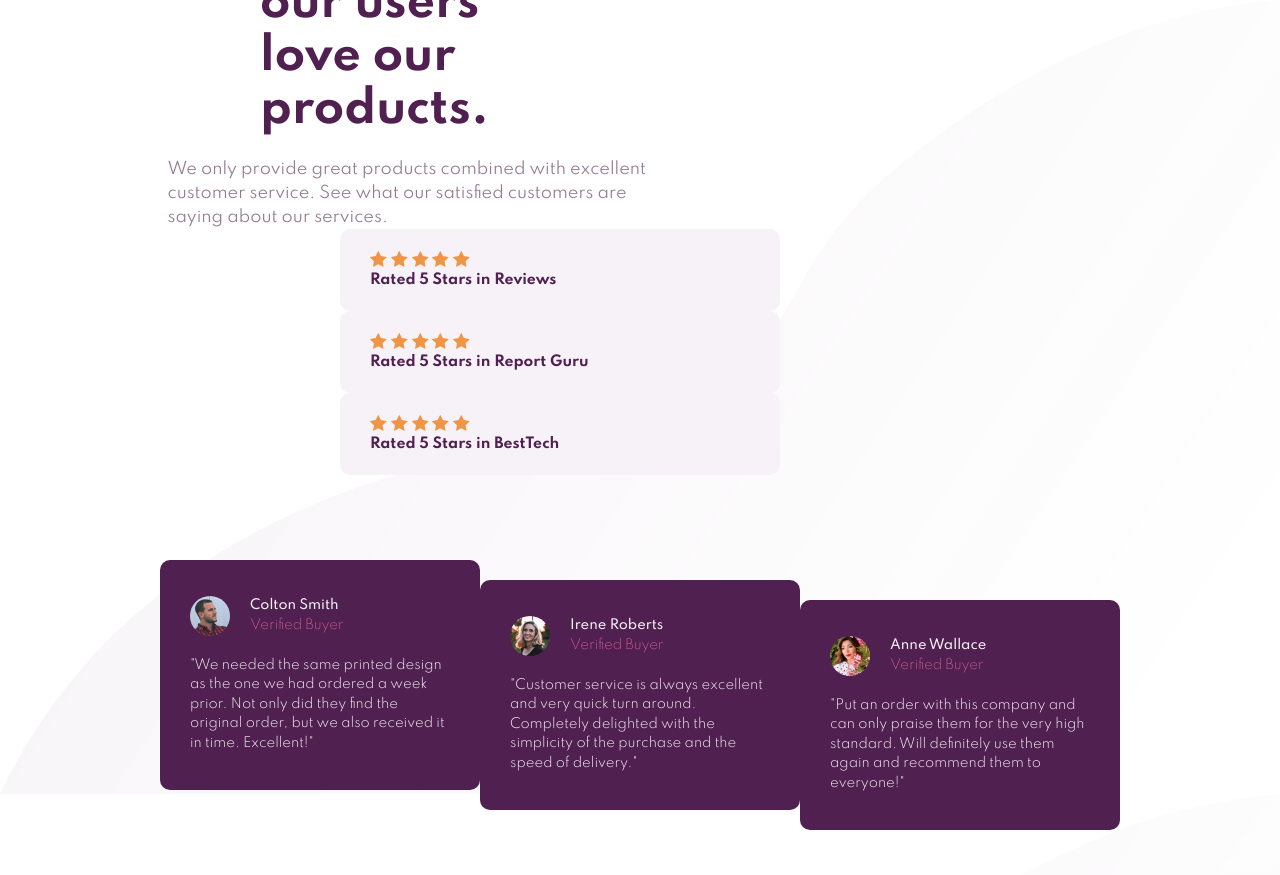
Repository: metehankasapp/social-proof-section-master
Page: index.html
These files come from the project's save history. The page is drawn as it stood at one moment and after the next save; the edit follows.
The browser window is 1280 px wide. The pictures show the whole page.
Some web libraries are served in a nearby version.

Above is the page before, as saved 2021-12-05 09:17:21.

### index.html
<!DOCTYPE html>
<html lang="en">

<head>
  <meta charset="UTF-8" />
  <meta name="viewport" content="width=device-width, initial-scale=1.0" />

  <title>Frontend Mentor | Social proof section</title>
  <link rel="preconnect" href="https://fonts.googleapis.com" />
  <link rel="preconnect" href="https://fonts.gstatic.com" crossorigin />
  <link href="https://fonts.googleapis.com/css2?family=Spartan:wght@100;200;300;400;500;600;700;800;900&display=swap"
    rel="stylesheet" />
  <link href="https://cdn.jsdelivr.net/npm/bootstrap@5.1.3/dist/css/bootstrap.min.css" rel="stylesheet"
    integrity="sha384-1BmE4kWBq78iYhFldvKuhfTAU6auU8tT94WrHftjDbrCEXSU1oBoqyl2QvZ6jIW3" crossorigin="anonymous" />
  <link rel="stylesheet" href="style.css" />
</head>

<body>
  <div class="main-ctr">
    <div class="w-100 row p-0 header-ctr">
      <div class="col-12 col-lg-6 header-area">
        <div class="header-purple">
          <h5>10,000+ of our users love our products.</h5>
        </div>

        <p class="header-text">
          We only provide great products combined with excellent customer
          service. See what our satisfied customers are saying about our
          services.
        </p>
      </div>

      <div class="
            col-12 col-lg-6
            second-col
            d-flex
            justify-content-between
            align-items-baseline
            flex-column
          ">
        <div class="rate-container">
          <div class="stars">
            <img src="images/icon-star.svg" alt="" />
            <img src="images/icon-star.svg" alt="" />

            <img src="images/icon-star.svg" alt="" />
            <img src="images/icon-star.svg" alt="" />
            <img src="images/icon-star.svg" alt="" />
          </div>
          <p class="m-0">Rated 5 Stars in Reviews</p>
        </div>
        <div class="rate-container">
          <div class="stars">
            <img src="images/icon-star.svg" alt="" />
            <img src="images/icon-star.svg" alt="" />

            <img src="images/icon-star.svg" alt="" />
            <img src="images/icon-star.svg" alt="" />
            <img src="images/icon-star.svg" alt="" />
          </div>
          <p class="m-0">Rated 5 Stars in Report Guru</p>
        </div>
        <div class="rate-container">
          <div class="stars">
            <img src="images/icon-star.svg" alt="" />
            <img src="images/icon-star.svg" alt="" />

            <img src="images/icon-star.svg" alt="" />
            <img src="images/icon-star.svg" alt="" />
            <img src="images/icon-star.svg" alt="" />
          </div>
          <p class="m-0">Rated 5 Stars in BestTech</p>
        </div>
      </div>
    </div>

    <div class="
          w-100
          m-0
          p-0
          d-flex
          flex-column flex-lg-row
          justify-content-between
          align-items-baseline
        " >
      <div class="card-ctr ">
        <div class="card-item" >
          <div class="card-headerr ">
            <div class="card-img">
              <img src="images/image-colton.jpg" alt="" />
            </div>
            <div class="card-text">
              <p class="card-fs">Colton Smith</p>
              <p class="card-job">Verified Buyer</p>
            </div>
          </div>
          <div class="card-second">
            <p>
              "We needed the same printed design as the one we had ordered a
              week prior. Not only did they find the original order, but we also
              received it in time. Excellent!"
            </p>
          </div>
        </div>
      </div>

      <div class="card-ctr" >
        <div class="card-item">
          <div class="card-headerr">
            <div class="card-img">
              <img src="images/image-irene.jpg" alt="" />
            </div>
            <div class="card-text">
              <p class="card-fs">Irene Roberts</p>
              <p class="card-job">Verified Buyer</p>
            </div>
          </div>
          <div class="card-second">
            <p>
              "Customer service is always excellent and very quick turn around.
              Completely delighted with the simplicity of the purchase and the
              speed of delivery."
            </p>
          </div>
        </div>
      </div>

      <div class="card-ctr" >
        <div class="card-item">
          <div class="card-headerr">
            <div class="card-img">
              <img src="images/image-anne.jpg" alt="" />
            </div>
            <div class="card-text">
              <p class="card-fs">Anne Wallace</p>
              <p class="card-job">Verified Buyer</p>
            </div>
          </div>
          <div class="card-second">
            <p>
              "Put an order with this company and can only praise them for the
              very high standard. Will definitely use them again and recommend
              them to everyone!"
            </p>
          </div>
        </div>
      </div>
    </div>
  </div>

  <script src="https://cdn.jsdelivr.net/npm/bootstrap@5.1.3/dist/js/bootstrap.bundle.min.js"
    integrity="sha384-ka7Sk0Gln4gmtz2MlQnikT1wXgYsOg+OMhuP+IlRH9sENBO0LRn5q+8nbTov4+1p" crossorigin="anonymous">
  </script>
  <script src="https://cdn.jsdelivr.net/npm/@popperjs/core@2.10.2/dist/umd/popper.min.js"
    integrity="sha384-7+zCNj/IqJ95wo16oMtfsKbZ9ccEh31eOz1HGyDuCQ6wgnyJNSYdrPa03rtR1zdB" crossorigin="anonymous">
  </script>
  <script src="https://cdn.jsdelivr.net/npm/bootstrap@5.1.3/dist/js/bootstrap.min.js"
    integrity="sha384-QJHtvGhmr9XOIpI6YVutG+2QOK9T+ZnN4kzFN1RtK3zEFEIsxhlmWl5/YESvpZ13" crossorigin="anonymous">
  </script>
</body>

</html>

### style.css
* {
  margin: 0;
  padding: 0;
  box-sizing: border-box;
}

html {
  font-size: 10px;
}

body {
  background-image: url("images/bg-pattern-bottom-desktop.svg");
  background-size: cover;
  height: auto;
  font-size: 1.6rem;
  font-family: "Spartan", sans-serif;
  padding: 8rem 3rem;
  display: flex;
  justify-content: center;
  align-items: center;
}

.main-ctr{
    width: 100%;
}
.header-ctr {
  margin-right: 0 !important;
  margin-left: 0 !important;
}

.header-area {
  width: 100%;
  display: flex;
  justify-content: center;
  flex-direction: column;
  align-items: center;
}
.header-purple h5 {
  width: 300px;
  font-weight: 700;
  font-size: 36px;
  text-align: center;
  color: hsl(300, 43%, 22%);
  margin-bottom: 2rem;
}

.header-text {
  font-size: 14px;
  text-align: center;
  color: hsl(303, 10%, 53%);
  margin-bottom: 2rem;
}

.rate-container {
  color: hsl(300, 43%, 22%);
  font-weight: 700;
  padding: 2rem 3rem;
  background-color: hsl(300, 24%, 96%);
  font-size: 14px;
  border-radius: 10px;
  width: 100%;
  display: flex;
  justify-content: center;
  align-items: center;
  flex-direction: column;
  margin-bottom: 2rem;
}



.stars {
  margin-right: 3rem;
}

.card-item {
  background-color: hsl(300, 43%, 22%);
  border-radius: 10px;
  padding: 3rem;
  max-width: 350px;
  height: 230px;
  display: flex;
  justify-content: center;
  align-items: baseline;
  flex-direction: column;
}

.card-ctr {
  height: 400px;
  display: flex;
  justify-content: center;
  align-items: center;
}

.card-ctr:nth-child(1) {
  align-self: baseline;
}

.card-ctr:nth-child(2) {
  align-self: center;
  padding-top: 4rem;
}

.card-ctr:nth-child(3) {
  align-self: flex-end;

  padding-top: 8rem;
}

.card-headerr {
  display: flex;
  flex-direction: row;
  align-items: center;
  justify-content: baseline;
  margin-bottom: 2rem;
}

.card-img {
  display: inline-block;
  width: 40px !important;
}

.card-item img {
  width: 40px;
  border-radius: 50%;
}

.card-text {
  margin-left: 2rem;
  display: flex;
  flex-direction: column;
  justify-content: center;
  align-items: baseline;
}
.card-fs {
  color: hsl(300, 24%, 96%);
  font-size: 13px;
  margin-bottom: 0;
  font-weight: 500;
}

.card-job {
  color: hsl(300, 24%, 96%);
  font-size: 13px;
  margin-bottom: 0;
  font-weight: 200;
  color: hsl(333, 80%, 67%);
}

.card-second p {
  margin-bottom: 0;
  color: hsl(300, 24%, 96%);
  font-size: 13px;
  font-weight: 300;
}

@media screen and (min-width: 568px) {
  .header-area {
    width: 500px;
  }
}

@media screen and (min-width: 768px) {
  body {
    background-image: url("images/bg-pattern-bottom-desktop.svg");
    background-size: cover;
    height: 100vh;
    font-size: 1.6rem;
    font-family: "Spartan", sans-serif;
    padding: 12rem 16rem;
    display: flex;
    justify-content: center;
    align-items: center;
  }

  .second-col {
    padding-left: 100px;
  }
  .header-ctr {
    margin-top: 8rem;
    margin-right: 0 !important;
    margin-left: 0 !important;
  }

  .header-area {
    width: 500px;
  }
  .header-purple h5 {
    font-weight: 700;
    font-size: 44px;
    color: hsl(300, 43%, 22%);
    margin-bottom: 2rem;
    text-align: start;
  }

  .header-text {

    margin-bottom: 0rem;
  text-align: start;
    font-size: 16px;
    color: hsl(303, 10%, 53%);
  }

  .rate-container {

  margin-bottom: 0rem;
    color: hsl(300, 43%, 22%);
    font-weight: 700;
    padding: 2rem 3rem;
    background-color: hsl(300, 24%, 96%);
    font-size: 14px;
    border-radius: 10px;
    width: 440px;
    display: flex;
    justify-content: baseline;
    align-items: baseline;
  }

  .rate-container:nth-child(2) {
    margin-left: 4rem;
  }
  .rate-container:nth-child(3) {
    margin-left: 8rem;
  }

  .stars {
    margin-right: 3rem;
  }

  .card-item {
    background-color: hsl(300, 43%, 22%);
    border-radius: 10px;
    padding: 3rem;
    max-width: 350px;
    height: 230px;
    display: flex;
    justify-content: center;
    align-items: baseline;
    flex-direction: column;
  }

  .card-ctr {
    height: 400px;
    display: flex;
    justify-content: center;
    align-items: center;
  }

  .card-ctr:nth-child(1) {
    align-self: baseline;
  }

  .card-ctr:nth-child(2) {
    align-self: center;
    padding-top: 4rem;
  }

  .card-ctr:nth-child(3) {
    align-self: flex-end;

    padding-top: 8rem;
  }

  .card-headerr {
    display: flex;
    flex-direction: row;
    align-items: center;
    justify-content: baseline;
    margin-bottom: 2rem;
  }

  .card-img {
    display: inline-block;
    width: 40px !important;
  }

  .card-item img {
    width: 40px;
    border-radius: 50%;
  }

  .card-text {
    margin-left: 2rem;
    display: flex;
    flex-direction: column;
    justify-content: center;
    align-items: baseline;
  }
  .card-fs {
    color: hsl(300, 24%, 96%);
    font-size: 13px;
    margin-bottom: 0;
    font-weight: 500;
  }

  .card-job {
    color: hsl(300, 24%, 96%);
    font-size: 13px;
    margin-bottom: 0;
    font-weight: 200;
    color: hsl(333, 80%, 67%);
  }

  .card-second p {
    margin-bottom: 0;
    color: hsl(300, 24%, 96%);
    font-size: 13px;
    font-weight: 300;
  }
}

After the next save:
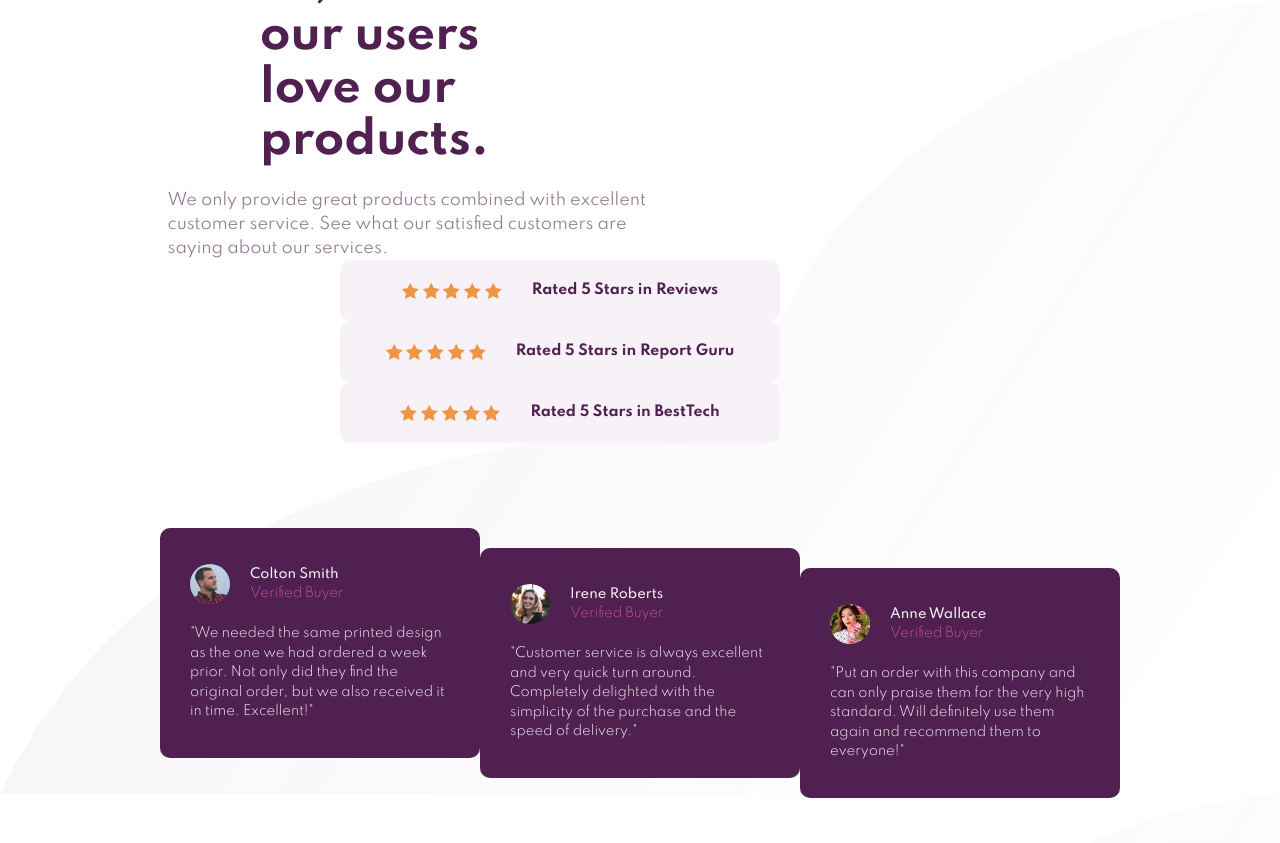
Saved 11 s later.
--- a/style.css
+++ b/style.css
@@ -213,6 +213,7 @@ body {
     display: flex;
     justify-content: baseline;
     align-items: baseline;
+    flex-direction: row;
   }
 
   .rate-container:nth-child(2) {
